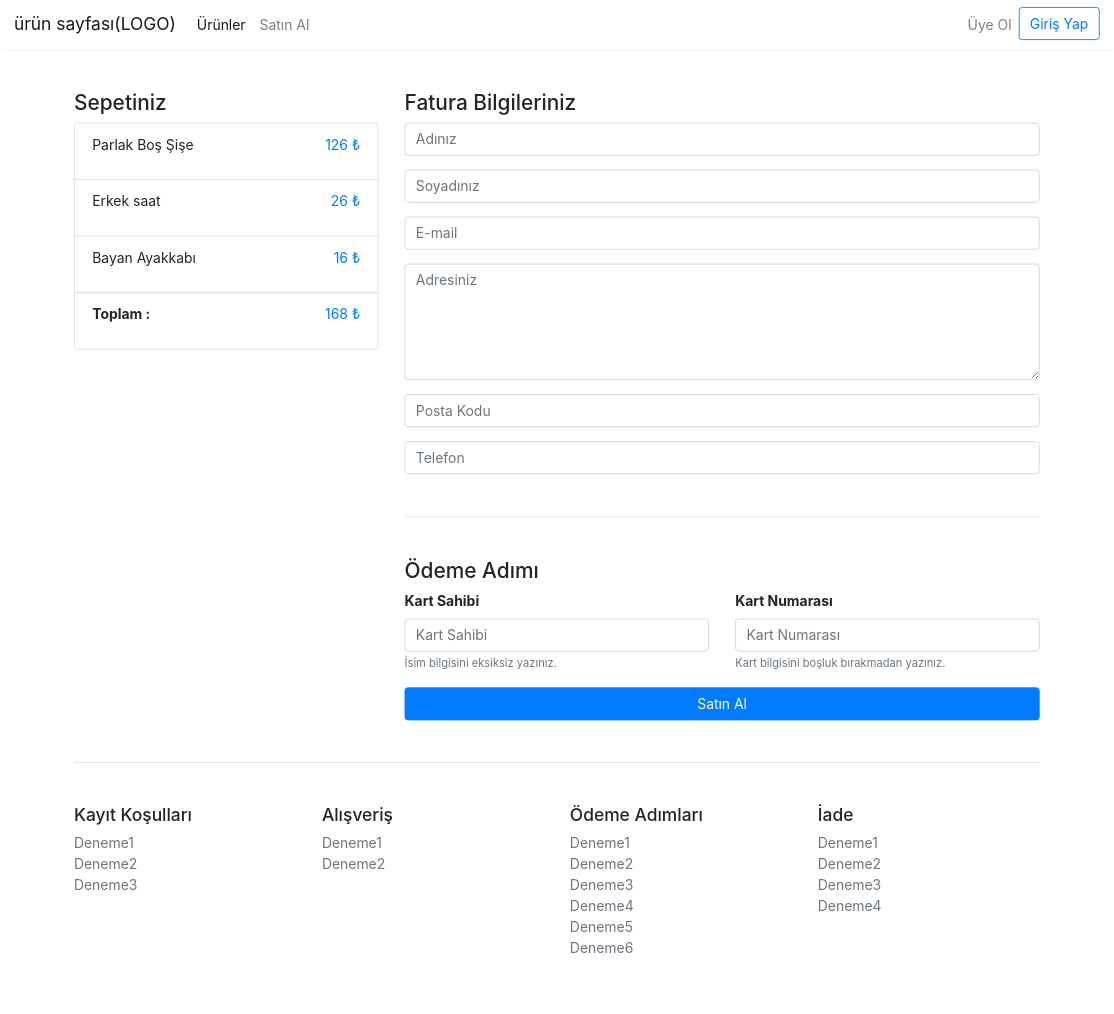
Repository: NergisAktug/E-Commerce-PythonWithFlask-Sqlite3
Page: templates/ödeme.html
The author's editor kept a copy of each file at every save. The page is drawn from the files as they stood at one save, then again after the next save.
The browser window is 1280 px wide. The pictures show the whole page, at 87% of full size.

Above is the page before, as saved 2018-11-24 01:07:20.

### templates/ödeme.html
<!doctype html>
<html lang="en">
  <head>
    <!-- Required meta tags -->
    <meta charset="utf-8">
    <meta name="viewport" content="width=device-width, initial-scale=1, shrink-to-fit=no">

    <!-- Bootstrap CSS -->
    <link rel="stylesheet" href="https://stackpath.bootstrapcdn.com/bootstrap/4.1.3/css/bootstrap.min.css" integrity="sha384-MCw98/SFnGE8fJT3GXwEOngsV7Zt27NXFoaoApmYm81iuXoPkFOJwJ8ERdknLPMO" crossorigin="anonymous">

    <title>Hello, world!</title>
  </head>
  <body>
    <nav class="navbar navbar-expand-lg navbar-light shadow-sm" >
        <a href="#" class="navbar-brand">ürün sayfası(LOGO)</a>
        <button class="navbar-toggler" type="button" data-toggle="collapse" data-target="#navbarMenü">
            <span class="navbar-toggler-icon"></span>
        </button>
        <div class="collapse navbar-collapse" id="navbarMenü">
            <ul class="navbar-nav mr-auto">
                <li class="nav-item">
                    <a href="#" class="nav-link active" >Ürünler</a>
                 </li>
                 <li class="nav-item">
                        <a href="#" class="nav-link">Satın Al</a>
                     </li>

                       </ul>
                       <ul class="navbar-nav">
                          <li class="nav-item">
                            <a href="#" class="nav-link">Üye Ol</a>
                           </li>
                           <li class="nav-item">
                              <a href="#" class="btn btn-outline-primary">Giriş Yap</a>
                             </li>
                       </ul>
             </div>

    </nav>
    <div class="container my-5">
        <div class="row">
            <div class="col-md-4">
                    <h4>Sepetiniz</h4>
                    <ul class="list-group">
                         <li class="list-group-item">
                             <p class="float-left">Parlak Boş Şişe</p>
                             <p class="float-right text-primary">126 ₺</p>
                              </li>
                        <li class="list-group-item">
                            <p class="float-left">Erkek saat</p>
                            <p class="float-right text-primary">26 ₺</p>
                        </li>
                         <li class="list-group-item">
                            <p class="float-left">Bayan Ayakkabı</p>
                            <p class="float-right text-primary">16 ₺</p>
                         </li>
                         <li class="list-group-item">
                                <p class="float-left"><b>Toplam : </b></p>
                                <p class="float-right text-primary">168 ₺</p>
                        </li>
                    </ul>
                </div>

            <div class="col-md-8">
                <h4>Fatura Bilgileriniz</h4>
               <form class="was-validation">
                   <div class="form-group">
                       <input type="text" class="form-control" placeholder="Adınız" required>
                   </div>
                   <div class="form-group">
                        <input type="text" class="form-control" placeholder="Soyadınız" required>
                    </div>
                    <div class="form-group">
                            <input type="text" class="form-control" placeholder="E-mail" required>
                        </div>
                    <div class="form-group">
                        <textarea  class="form-control" rows="5" placeholder="Adresiniz" required></textarea>
                    </div>
                     <div class="form-group">
                        <input type="text" class="form-control" minlength="3" placeholder="Posta Kodu"required>
                     </div>
                    <div class="form-group">
                       <input type="text" class="form-control" placeholder="Telefon" required>
                    </div>

                   <div class="clearfix"></div><hr class="my-5">

                   <h4>Ödeme Adımı</h4>
                   <div class="row">
                <div class="col-md-6">
                    <div class="form-group">
                        <label> <b>Kart Sahibi</b> </label>
                        <input type="text" class="form-control" placeholder="Kart Sahibi" minlength="16" required>
                        <small class="text-muted">İsim bilgisini eksiksiz yazınız.</small>
                        </div>
                    </div>
                <div class="col-md-6">
                     <div class="form-group">
                        <label> <b>Kart Numarası</b> </label>
                        <input type="text" class="form-control" placeholder="Kart Numarası" minlength="16" required>
                        <small class="text-muted">Kart bilgisini boşluk bırakmadan yazınız.</small>
                  </div>
                    </div>
                    <div class="col-md-6">
                     <div class="row">

                     </div>
                    </div>
                   </div>
                <button type="submit" class="btn btn-primary btn-block" required>Satın Al</button>
            </form>
        </div>

    </div>
    <hr class="my-5">
</div>

   <footer class="my-5">
<div class="container">
      <div class="row">
     <div class="col-6 col-md-3">
       <h5>Kayıt Koşulları</h5>
       <ul class="list-unstyled">
        <li><a href="#" class="text-muted">Deneme1</a></li>
        <li><a href="#" class="text-muted">Deneme2</a></li>
        <li><a href="#" class="text-muted">Deneme3</a></li>

        </ul>
     </div>

     <div class="col-6 col-md-3">
        <h5>Alışveriş</h5>
        <ul class="list-unstyled">
            <li><a href="#" class="text-muted">Deneme1</a></li>
            <li><a href="#" class="text-muted">Deneme2</a></li>

         </ul>
      </div>
      <div class="col-6 col-md-3">
          <h5>Ödeme Adımları</h5>
          <ul class="list-unstyled">
              <li><a href="#" class="text-muted">Deneme1</a></li>
              <li><a href="#" class="text-muted">Deneme2</a></li>
              <li><a href="#" class="text-muted">Deneme3</a></li>
              <li><a href="#" class="text-muted">Deneme4</a></li>
              <li><a href="#" class="text-muted">Deneme5</a></li>
              <li><a href="#" class="text-muted">Deneme6</a></li>
           </ul>
        </div>
        <div class="col-6 col-md-3">
            <h5>İade</h5>
            <ul class="list-unstyled">
                <li><a href="#" class="text-muted">Deneme1</a></li>
                <li><a href="#" class="text-muted">Deneme2</a></li>
                <li><a href="#" class="text-muted">Deneme3</a></li>
                <li><a href="#" class="text-muted">Deneme4</a></li>
             </ul>
          </div>
      </div>
</div>
   </footer>

    <!-- Optional JavaScript -->
    <!-- jQuery first, then Popper.js, then Bootstrap JS -->
    <script src="https://code.jquery.com/jquery-3.3.1.slim.min.js" integrity="sha384-q8i/X+965DzO0rT7abK41JStQIAqVgRVzpbzo5smXKp4YfRvH+8abtTE1Pi6jizo" crossorigin="anonymous"></script>
    <script src="https://cdnjs.cloudflare.com/ajax/libs/popper.js/1.14.3/umd/popper.min.js" integrity="sha384-ZMP7rVo3mIykV+2+9J3UJ46jBk0WLaUAdn689aCwoqbBJiSnjAK/l8WvCWPIPm49" crossorigin="anonymous"></script>
    <script src="https://stackpath.bootstrapcdn.com/bootstrap/4.1.3/js/bootstrap.min.js" integrity="sha384-ChfqqxuZUCnJSK3+MXmPNIyE6ZbWh2IMqE241rYiqJxyMiZ6OW/JmZQ5stwEULTy" crossorigin="anonymous"></script>
  </body>
</html>

After the next save:
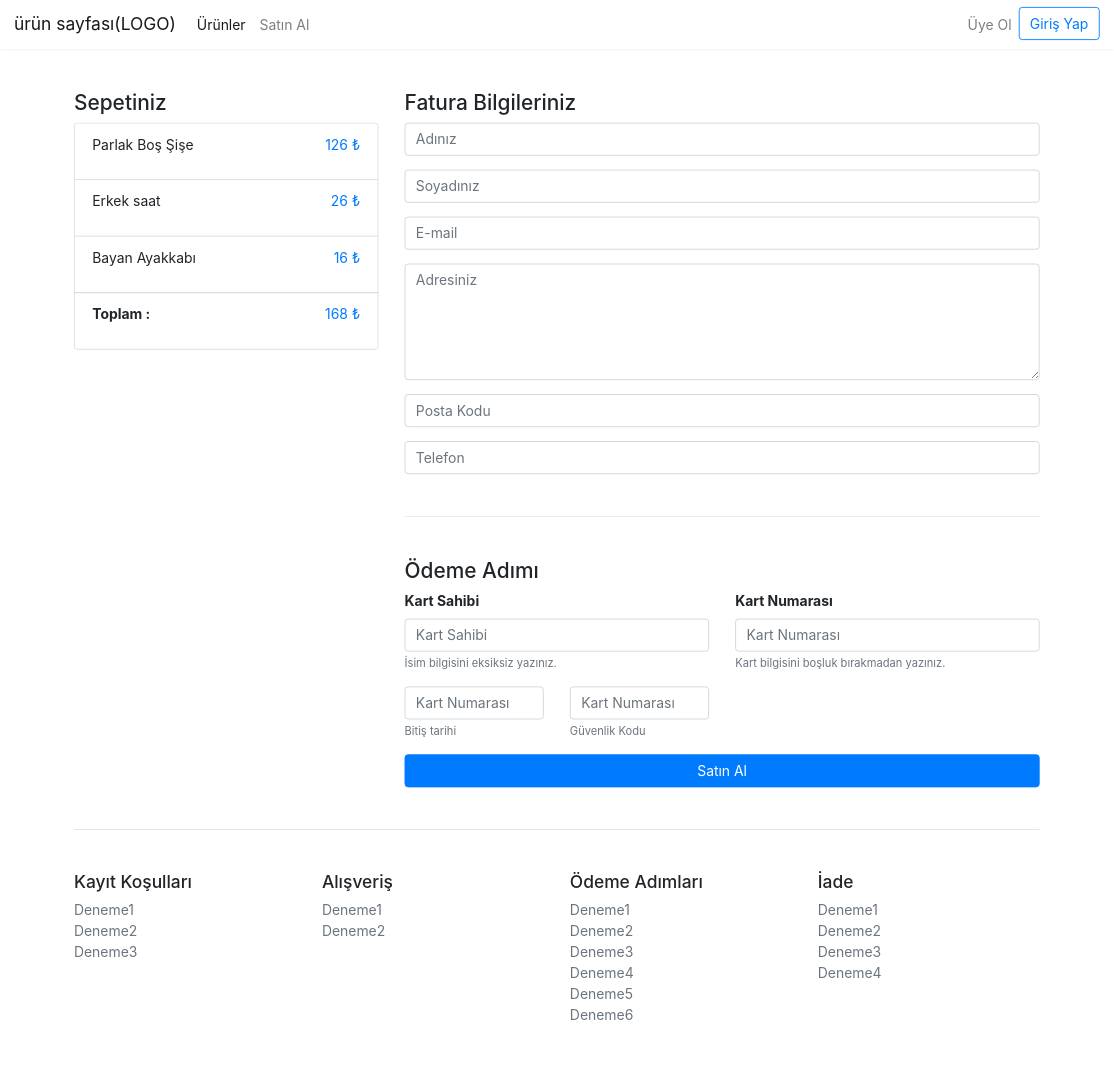
Saved 7 min 38 s later.
--- a/templates/ödeme.html
+++ b/templates/ödeme.html
@@ -103,7 +103,18 @@
                     </div>
                     <div class="col-md-6">
                      <div class="row">
-
+                      <div class="col-md-6">
+                          <div class="form-group">
+                         <input type="text" class="form-control" placeholder="Kart Numarası" minlength="16" required>
+                         <small class="text-muted">Bitiş tarihi</small>
+                          </div>
+                      </div>
+                      <div class="col-md-6">
+                            <div class="form-group">
+                           <input type="text" class="form-control" placeholder="Kart Numarası" minlength="16" required>
+                           <small class="text-muted">Güvenlik Kodu</small>
+                            </div>
+                        </div>
                      </div>
                     </div>
                    </div>
